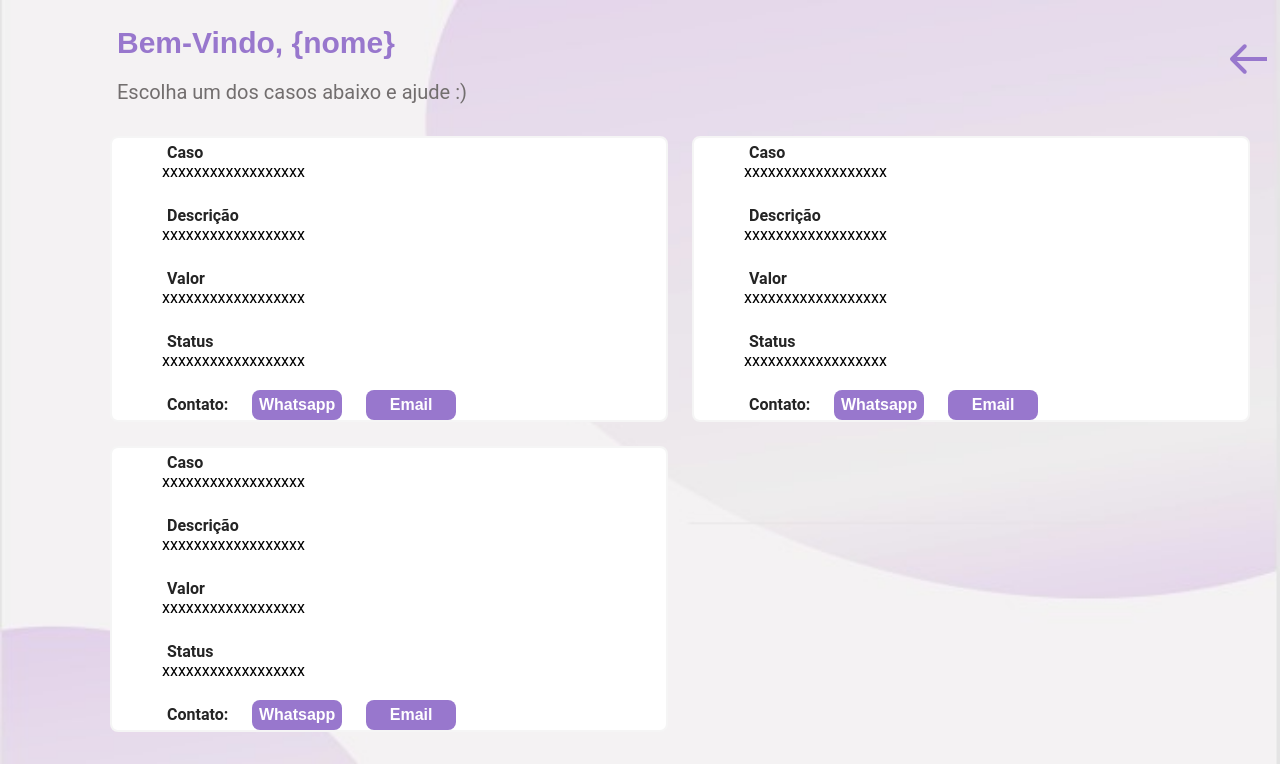
Repository: Dirlandia404/Casos
Page: src/pages/casosConcluidos.html
The author's editor kept a copy of each file at every save. The page is drawn from the files as they stood at one save, then again after the next save.
The browser window is 1280 px wide. The pictures show the whole page.

Above is the page before, as saved 2021-07-19 20:19:28.

After the next save:
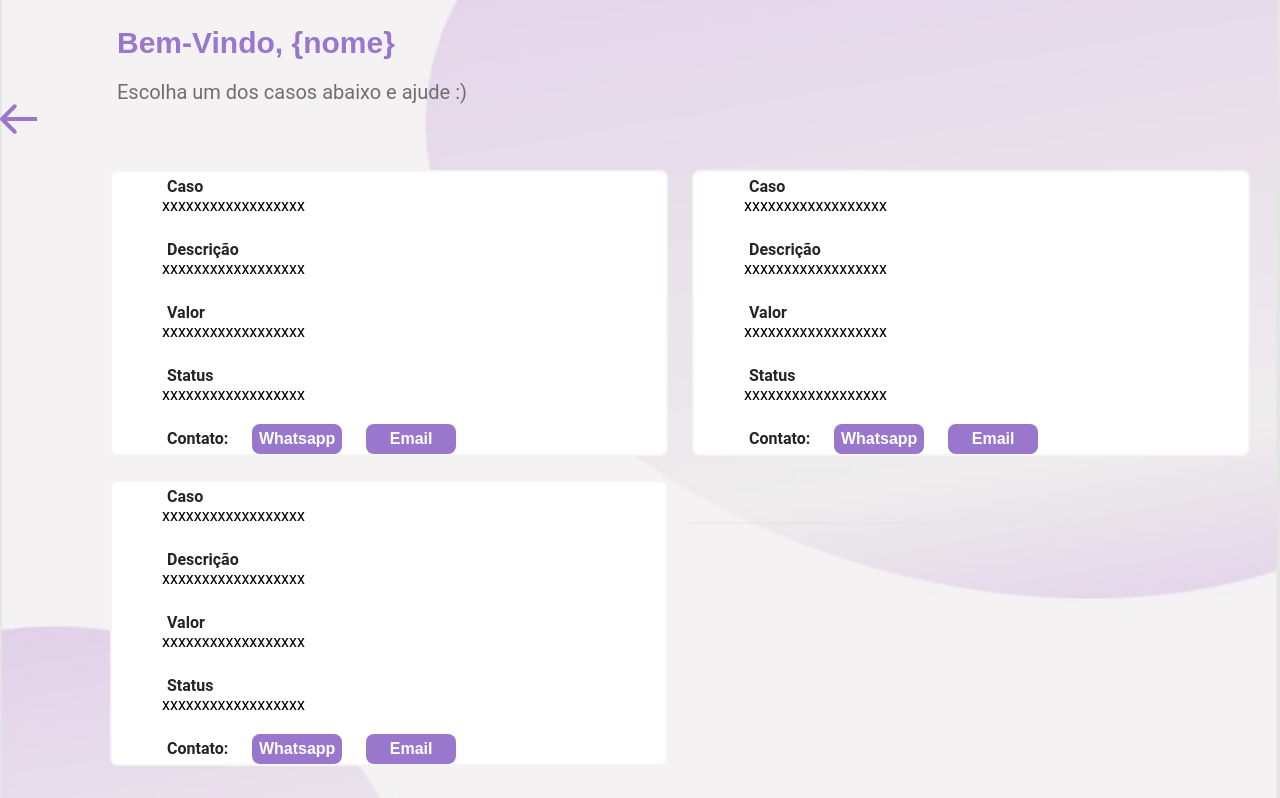
Saved 32 s later.
--- a/src/pages/casosConcluidos.html
+++ b/src/pages/casosConcluidos.html
@@ -15,10 +15,13 @@
 
         <p>Escolha um dos casos abaixo e ajude :)</p>
 
+    </header>
+    <div>
         <a href="/src/pages/casos.html">
            <img src="/public/Arrow 1.svg" alt="Voltar">
         </a>
-    </header>
+
+    </div>
 
        <div id="box-casos">
            <ul>
